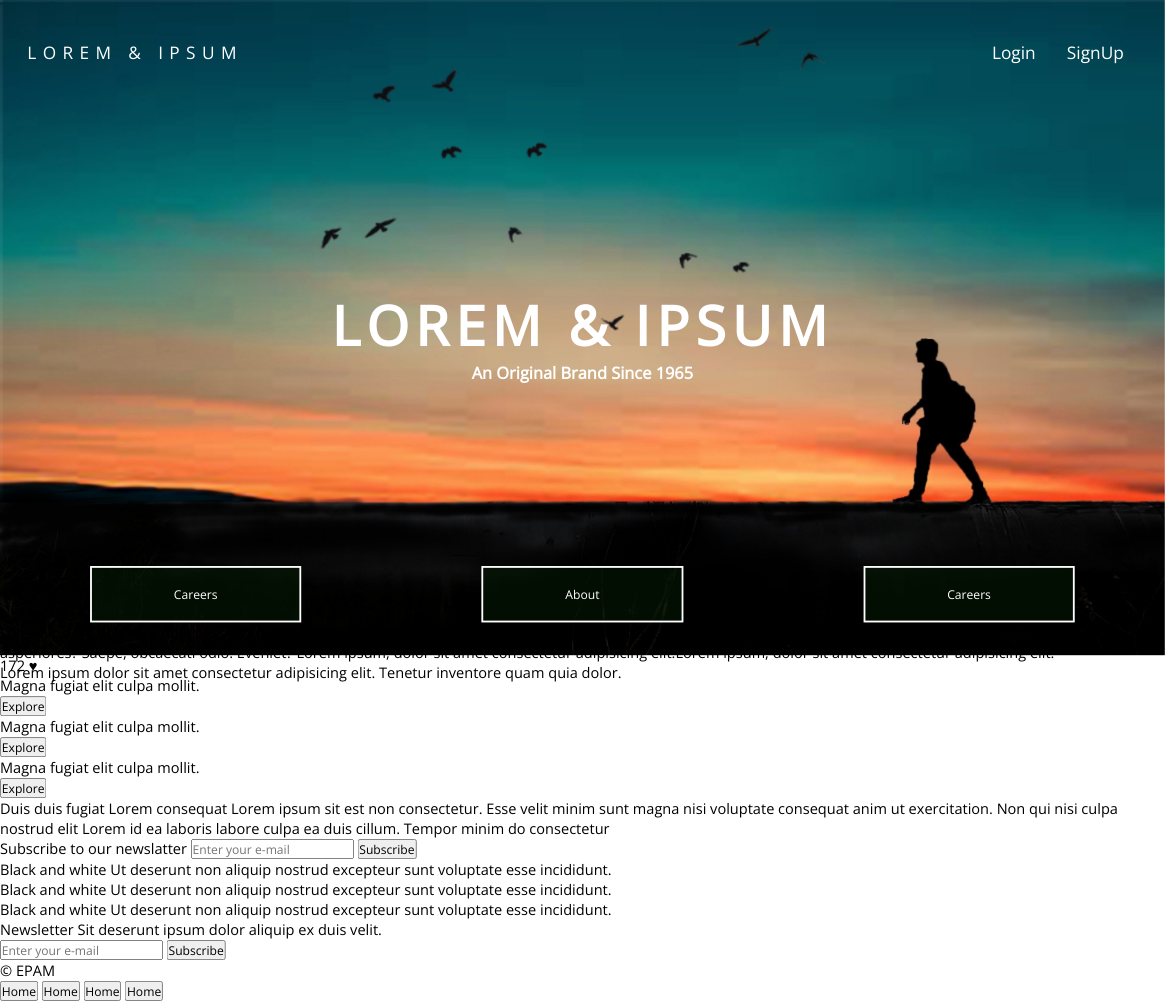
Repository: M1shkaBear/FLX
Page: FLX_homework_4/homework/index.html
The author's editor kept a copy of each file at every save. The page is drawn from the files as they stood at one save, then again after the next save.
The browser window is 1280 px wide. The pictures show the whole page, at 91% of full size.

Above is the page before, as saved 2019-01-29 22:52:34.

After the next save:
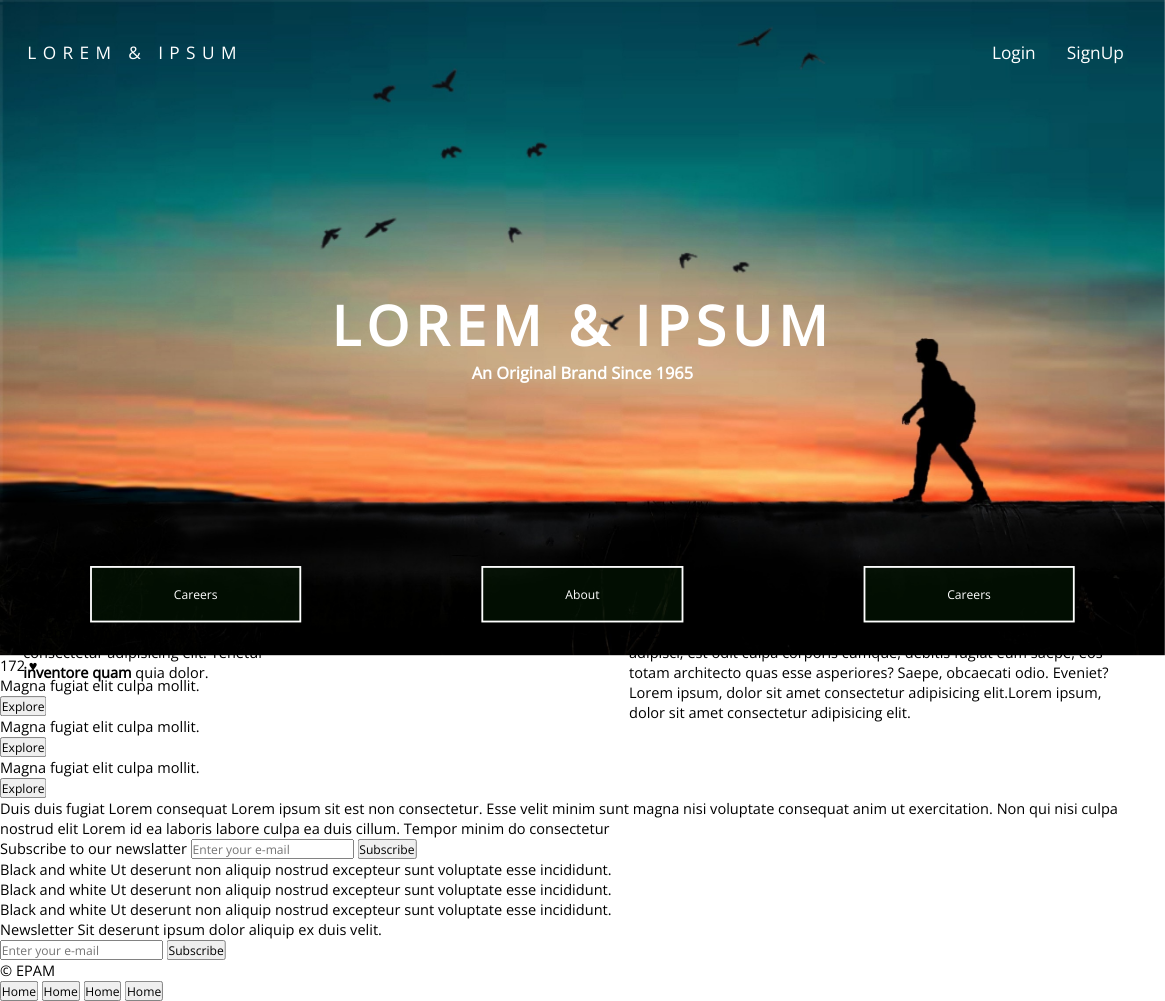
Saved 40 s later.
--- a/FLX_homework_4/homework/css/style.css
+++ b/FLX_homework_4/homework/css/style.css
@@ -76,13 +76,13 @@
 .sex p {
   margin: 0;
 }
-.sex .left {
+.leftsex {
   padding: 0 4%;
   text-align: left;
   width: 50%;
   float: right;
 }
-.sex .right {
+.rightsex {
   padding: 0 2%;
   position: relative;
   text-align: left;
@@ -90,6 +90,6 @@
   color: #000;
   top: 50%;
 }
-.sex .right span {
+.sex .rightsex span {
   font-weight: bold;
 }
